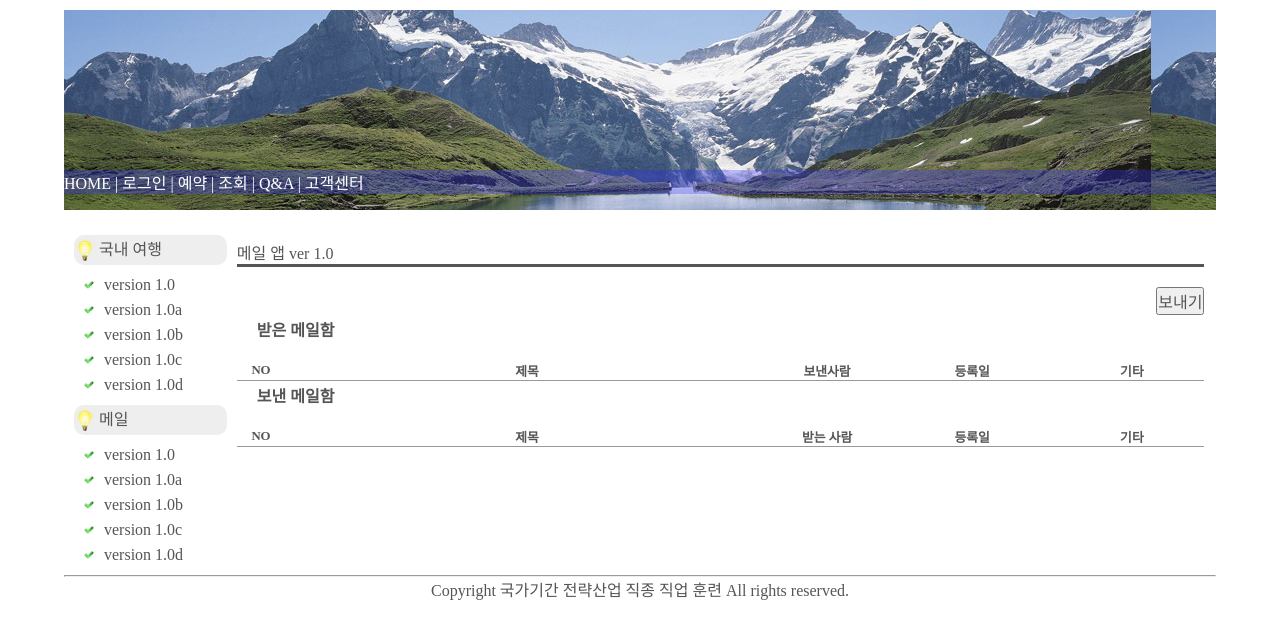
Repository: jangky000/ai_web
Page: http://localhost/blog_v2jc/mail_app/list.jsp
The author's editor kept a copy of each file at every save. The page is drawn from the files as they stood at one save, then again after the next save.
The browser window is 1280 px wide. The pictures show the whole page.
The page is served by Tomcat 9. Other server files are loaded and not shown. Queries for data that is not in the repository find no rows.

Above is the page before, as saved 2020-03-27 06:49:10.

### ws__frame/blog_v2jc/WebContent/mail_app/list.jsp
<%@ page contentType="text/html; charset=UTF-8" %>

<!-- MySQL에서 DBMS에 연결할때 쓰던 import 패키지와 구성이 같다. -->
 <!-- MovieDAO2.java 참조 -->
<%@ page import="java.sql.Connection" %>
<%@ page import=" java.sql.DriverManager" %>
<%@ page import="java.sql.PreparedStatement" %>
<%@ page import="java.sql.ResultSet" %>
<%@ page import="java.sql.SQLException" %>

<%
request.setCharacterEncoding("utf-8");
String root = request.getContextPath();
%>

<%
// 필요 변수 선언
Connection con = null;              // DBMS 연결
PreparedStatement pstmt = null; // SQL 실행
ResultSet rs = null;                   // SELECT 결과를 저장
StringBuffer sql = null;              // SQL 문장
int count = 0;                         // 처리된 레코드 갯수

// MYSQL
// String className = "org.gjt.mm.mysql.Driver"; // MySQL 연결 Driver
// String url = "jdbc:mysql://172.16.12.4:3306/javadb?useUnicode=true&characterEncoding=euckr"; //데이터베이스 javadb 사용

//Oracle, jdbc 연결
String className = "oracle.jdbc.driver.OracleDriver"; // Oracle 연결 Driver
String url = "jdbc:oracle:thin:@127.0.0.1:1521:XE"; //XE -> soldesk 등으로 달라질 수 있다.

String user = "ai6";
String password = "1234";
%>

<!DOCTYPE html>
<html lang="ko">
<head>
<meta charset="UTF-8">
<title>메일 앱</title>
<link href="<%=root%>/css/style.css" rel="Stylesheet" type="text/css">
</head>
<body>
<jsp:include page="/menu/top.jsp" flush='false' />
  <div class="title_line">메일 앱 ver 1.0</div>
  <div class="sub_menu">
    <button type="button" onclick="location.href='./create_form.jsp'">보내기</button>
  </div>
  <table class="table_basic">
    <caption style="text-align: left; margin: 0 0 20px 20px;"><h2>받은 메일함</h2></caption>
    <colgroup>
      <col style="width: 5%;">
      <col style="width: 50%;">
      <col style="width: 12%;">
      <col style="width: 18%;">
      <col style="width: 15%;">
    </colgroup>
    <thead>
      <tr>
        <th class="th_basic">NO</th>
        <th class="th_basic">제목</th>
        <th class="th_basic">보낸사람</th>
        <th class="th_basic">등록일</th>
        <th class="th_basic">기타</th>
      </tr>
    </thead>
    <tbody>
      <%
      try {
        Class.forName(className);
        con = DriverManager.getConnection(url, user, password );

        sql = new StringBuffer();
        sql.append(" SELECT mailno, title, content, mail_from, mail_to, rdate");
        sql.append(" FROM mail_app");
        sql.append(" ORDER BY mailno DESC");

        pstmt = con.prepareStatement(sql.toString());

        rs = pstmt.executeQuery(); // SELECT문 실행: executeQuery() : return ResultSet 타입

        int n = 0;
        while(true) {
          if(rs.next() == true) {
            System.out.println(rs.getInt("mailno"));
            %>
            <tr>
              <td class="td_basic"><%= rs.getInt("mailno")%></td>
              <td class="td_left"><a href="./read.jsp?mailno=<%= rs.getInt("mailno")%>"><%= rs.getString("title")%></a></td>
              <td class="td_basic"><%= rs.getString("mail_from")%></td>
              <td class="td_basic"><%= rs.getString("rdate")%></td>
              <td class="td_basic">수정/삭제</td>
            </tr>
            <%
          }
          else {
            break;
          }
        }

      } catch (SQLException e) {
        System.out.println("SQL 실행 중 예외 발생");
        e.printStackTrace();
      } catch (ClassNotFoundException e) {
        System.out.println("JDBC 드라이버가 없습니다.");
        e.printStackTrace();
      } finally {
        try{ if (rs != null){ rs.close(); } }catch(Exception e){ }
        try{ if (pstmt != null){ pstmt.close(); } }catch(Exception e){ }
        try{ if (con != null){ con.close(); } }catch(Exception e){ }
      }
      %>
    </tbody>
  </table>

  <table class="table_basic">
    <caption style="text-align: left; margin: 0 0 20px 20px;"><h2>보낸 메일함</h2></caption>
    <colgroup>
      <col style="width: 5%;">
      <col style="width: 50%;">
      <col style="width: 12%;">
      <col style="width: 18%;">
      <col style="width: 15%;">
    </colgroup>
    <thead>
      <tr>
        <th class="th_basic">NO</th>
        <th class="th_basic">제목</th>
        <th class="th_basic">받는 사람</th>
        <th class="th_basic">등록일</th>
        <th class="th_basic">기타</th>
      </tr>
    </thead>
    <tbody>
      <%
      try {
        Class.forName(className);
        con = DriverManager.getConnection(url, user, password );

        sql = new StringBuffer();
        sql.append(" SELECT mailno, title, content, mail_from, mail_to, rdate");
        sql.append(" FROM mail_app");
        sql.append(" ORDER BY mailno DESC");

        pstmt = con.prepareStatement(sql.toString());

        rs = pstmt.executeQuery(); // SELECT문 실행: executeQuery() : return ResultSet 타입

        int n = 0;
        while(true) {
          if(rs.next() == true) {
            System.out.println(rs.getInt("mailno"));
            %>
            <tr>
              <td class="td_basic"><%= rs.getInt("mailno")%></td>
              <td class="td_left"><a href="./read.jsp?mailno=<%= rs.getInt("mailno")%>"><%= rs.getString("title")%></a></td>
              <td class="td_basic"><%= rs.getString("mail_from")%></td>
              <td class="td_basic"><%= rs.getString("rdate")%></td>
              <td class="td_basic">수정/삭제</td>
            </tr>
            <%
          }
          else {
            break;
          }
        }

      } catch (SQLException e) {
        System.out.println("SQL 실행 중 예외 발생");
        e.printStackTrace();
      } catch (ClassNotFoundException e) {
        System.out.println("JDBC 드라이버가 없습니다.");
        e.printStackTrace();
      } finally {
        try{ if (rs != null){ rs.close(); } }catch(Exception e){ }
        try{ if (pstmt != null){ pstmt.close(); } }catch(Exception e){ }
        try{ if (con != null){ con.close(); } }catch(Exception e){ }
      }
      %>
    </tbody>
  </table>



<jsp:include page="/menu/bottom.jsp" flush='false' />
</body>
</html>
</html>

### ws__frame/blog_v2jc/WebContent/menu/top.jsp
<%@ page contentType="text/html; charset=UTF-8" %>
<!-- jsp: include를 사용했기 때문에 root로 인한 충돌이 발생하지 않는다. -->
<% String root = request.getContextPath(); %>

<DIV class='container'>
  <DIV class='top_img'>
    <NAV class="top_menu">
      <a href="<%=root %>" class="menu_link">HOME</a> | 로그인 | 예약 | 조회 | Q&A | 고객센터
    </NAV>
  </DIV>

  <DIV style='margin-top: 10px;'> <!-- 좌측 메뉴 + 내용 시작 -->
    <DIV class='left_menu'> <!--  좌측 메뉴 시작 -->
      <div class="li_left_menu_1" >국내 여행</div>
      <UL>
         <!-- 모든 위치에서 동일한 주소를 찾아야하므로, 절대 경로로 설정 -->
        <LI class="li_left_menu_2"><a href="<%= request.getContextPath() %>/notice1/list.jsp">version 1.0</a></LI>
        <LI class="li_left_menu_2"><a href="<%= request.getContextPath() %>/notice1a/list.jsp">version 1.0a</a></LI>
        <LI class="li_left_menu_2"><a href="<%= request.getContextPath() %>/notice1b/list.jsp">version 1.0b</a></LI>
        <LI class="li_left_menu_2"><a href="<%= request.getContextPath() %>/notice1c/list.jsp">version 1.0c</a></LI>
        <LI class="li_left_menu_2"><a href="<%= request.getContextPath() %>/notice1d/list.jsp">version 1.0d</a></LI>
      </UL>
      <!-- br을 쓰는 것보다 margin으로 여백을 주는 것이 낫다 -->
      <div class="li_left_menu_1">메일</div>
      <UL>
        <LI class="li_left_menu_2"><a href="<%= request.getContextPath() %>/mail_app/list.jsp">version 1.0</a></LI>
        <LI class="li_left_menu_2"><a href="<%= request.getContextPath() %>/mail_app1a/list.jsp">version 1.0a</a></LI>
        <LI class="li_left_menu_2"><a href="<%= request.getContextPath() %>/mail_app1b/list.jsp">version 1.0b</a></LI>
        <LI class="li_left_menu_2"><a href="<%= request.getContextPath() %>/mail_app1c/list.jsp">version 1.0c</a></LI>
        <LI class="li_left_menu_2"><a href="<%= request.getContextPath() %>/mail_app1d/list.jsp">version 1.0d</a></LI>
      </UL>

    </DIV>  <!--  좌측 메뉴 종료 -->

    <DIV class='content_body'> <!--  내용 시작 -->

### ws__frame/blog_v2jc/WebContent/menu/bottom.jsp
<%@ page contentType="text/html; charset=UTF-8" %>

    </DIV> <!-- 내용 종료 -->
  </DIV> <!-- 좌측 메뉴 + 내용 종료 -->

  <!-- 화면 하단 메뉴 -->
  <DIV class='copyright'>
    <HR>
    Copyright 국가기간 전략산업 직종 직업 훈련 All rights reserved.
  </DIV>

</DIV> <!-- 컨테이너 종료 -->

### ws__frame/blog_v2jc/WebContent/css/style.css
/* ver 0.2 */
/* 모든 태그에 적용 */
  *{
     font-family: Malgun Gothic;
     font-size: 16px;
     margin: 0px;  /* top right bottom left */
     padding: 0px;
     color: #555555;
  }

  .container {
    width: 90%;
    margin: 10px auto;
  }

  /*
  이미지 경로 지정
  권장하지 않는 방법(절대경로): background-image: url('/blog_v2jc/css/images/top_image.jpg');
  권장하는 방법(상대경로): background-image: url('./images/top_image.jpg');
  style.css 파일이 include(link)되는 폴더를 현재 폴더로 인식함
  /blog_v2jc/css/style.css에서 사용
  /blog_v2jc/css/images/top_image.jpg 인식
   */
  .top_img {
    width: 100%;
    height: 200px;
    /* background-image: url('/blog_v2jc/menu/images/top_image.jpg'); */
    background-image: url('./images/top_image.jpg');
  }

  .top_menu {
    position: relative;  /* 부모 태그 기준 화면 상단 기준 */
    top: 80%;
    /* left: 2px;  */
    background-color: rgba(50, 50, 255, 0.3);
    color: white;
  }

  .left_menu {
    width: 15%;
    float: left;
  }

  .content_body {
    width: 84%;
    float: left;
  }

  .content_bottom {

  }

  .bottom_menu {
    text-align: center;
    margin: 20px auto;
    clear: both;
  }

  .copyright {
    text-align: center;
    margin: 20px auto; /* 블럭 가운데 정렬 */
    clear: both; /*  float: left; 해제 float 효과를 제거 */
  }

  .li_warning{/* 경고 메시지 */
    list-style: none;
    margin: 15px 10px;
    color: #ff6600;
  }

  .li_error{ /* 에러 메시지 */
    list-style: none;
    margin: 15px 10px;
    color: #FF0000;
  }

  .li_none{
    list-style: none;
    margin: 15px 10px;
  }

  .fieldset_basic{
    width:90%;
    margin:10px auto;
    border-top: none;
    border-right: none;
    border-bottom: none;
    border-left: none;
    padding: 10px;
  }

  .legend_basic{
    margin-left:30px;
    border:solid 1px #999999;
    background-color: #A6C2FF;
    color:#FFFFFF;
  }

  input:focus {outline:none;}
  .input_basic{
    border-top: none;
    border-right: none;
    border-bottom: solid 1px #999999;
    border-left: none;
  }

  .title_line{
    text-align:left;
    /* text-decoration: underline; */
    border-bottom: solid 3px #555555;
    width: 100%;
    margin: 20px auto;

  }

  .sub_menu{
    text-align: right;
    width: 100%;
  }

  .table_basic{
    border-collapse: collapse; /* 셀 합치기 */
    margin: 2px auto;
    width: 100%;
  }

  /*
    1em 기본값: 16px, 주변 태그의 글자 크기를 1em으로 인식
    div 태그가 20px일 경우 자식 태그가 0.5em이면 최종적으로 10px이 적용됨.
  */
  .th_basic{
    font-size: 0.8em;
    border-bottom: solid 1px #999999;
  }

  .td_basic{
    background-color: #ffffff;

    border-top: none;
    border-right: none;
    border-bottom: solid 1px #dddddd;
    border-left: none;

    text-align: center;
  }

  .td_left{
    background-color: #ffffff;

    border-top: none;
    border-right: none;
    border-bottom: solid 1px #dddddd;
    border-left: none;

    text-align: left;
  }

  A:link{  /* 방문전 상태 */
    text-decoration: none; /* 밑줄 삭제 */
    color: #555555;
  }

  A:visited{  /* 방문후 상태 */
    text-decoration: none; /* 밑줄 삭제 */
    color: #555555;
  }

  A:hover{  /* A 태그에 마우스가 올라간 상태 */
    text-decoration: underline; /* 밑줄 출력 */
    color: #7777FF;
  }

  A:active{  /* A 태그를 클릭한 상태 */
    text-decoration: underline; /* 밑줄 출력 */
    color: #7777FF;
  }

  /* top menu */
  .menu_link:link{  /* 방문전 상태 */
    text-decoration: none; /* 밑줄 삭제 */
    color: white;
  }

  .menu_link:visited{  /* 방문후 상태 */
    text-decoration: none; /* 밑줄 삭제 */
    color: white;
  }

  .menu_link:hover{  /* A 태그에 마우스가 올라간 상태 */
    text-decoration: underline; /* 밑줄 출력 */
    color: white;
    /* font-weight: bold; */
  }

  .menu_link:active{  /* A 태그를 클릭한 상태 */
    text-decoration: underline; /* 밑줄 출력 */
    color: white;
  }

  .content_title{
    border-top: none;
    border-right: none;
    border-bottom: solid 1px #999999;
    border-left: none;

    margin-bottom: 20px;
  }

  .content_bottom{
    border-top: none;
    border-right: none;
    border-bottom: none;
    border-left: none;
    margin: 20px 0;
    text-align: right;
    font-size: 0.8em;
  }

  .li_left_menu_1{/* 화면 좌측 대분류 */
    list-style: none;
    margin: 15px 10px;
    background: url(./images/li_left_menu_1.png) left center no-repeat; /* url 왼쪽 중간 반복x */
    background-color:#eeeeee;
    border-radius:10px;
    background-size: 22px;
    padding-left: 25px;
    line-height: 30px;
  }

  .li_left_menu_2{/* 화면 좌측 중분류 */
    list-style: none;
    margin: 15px 10px;
    background: url(./images/li_left_menu_2.png) left center no-repeat; /* url 왼쪽 중간 반복x */
    background-size: 10px;
    margin-left: 20px;
    padding-left: 20px;
    line-height: 10px;
  }

After the next save:
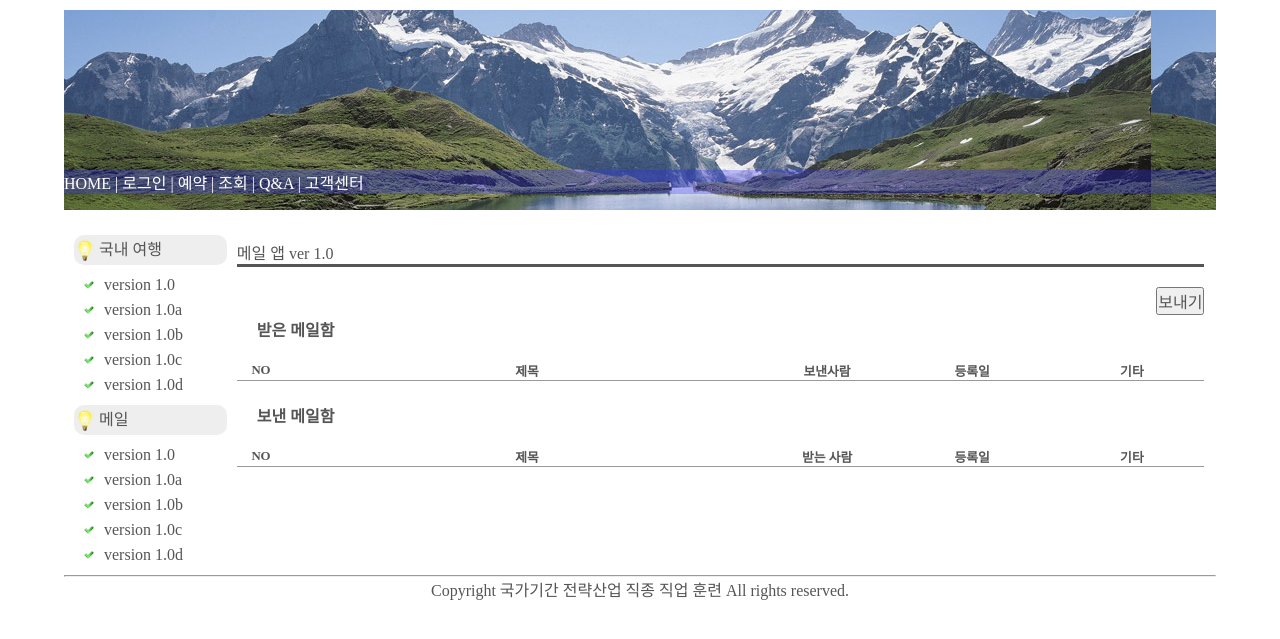
Saved 25 s later.
--- a/ws__frame/blog_v2jc/WebContent/mail_app/list.jsp
+++ b/ws__frame/blog_v2jc/WebContent/mail_app/list.jsp
@@ -114,7 +114,7 @@ String password = "1234";
   </table>
 
   <table class="table_basic">
-    <caption style="text-align: left; margin: 0 0 20px 20px;"><h2>보낸 메일함</h2></caption>
+    <caption style="text-align: left; margin: 20px 0 20px 20px;"><h2>보낸 메일함</h2></caption>
     <colgroup>
       <col style="width: 5%;">
       <col style="width: 50%;">
